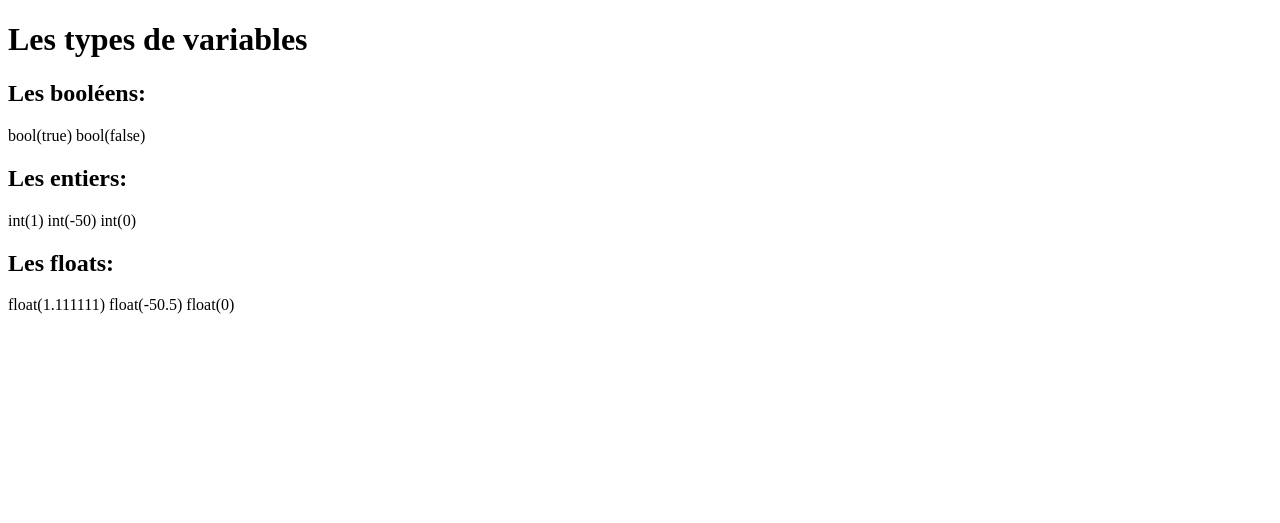
Repository: QuentinFayt/base-php-2021
Page: http://localhost/les variables.php
The author's editor kept a copy of each file at every save. The page is drawn from the files as they stood at one save, then again after the next save.
The browser window is 1280 px wide. The pictures show the whole page.
The page is run by PHP 8.4 with error messages shown; the project is at /var/www/html/.

Above is the page before, as saved 2021-07-05 16:30:56.

After the next save:
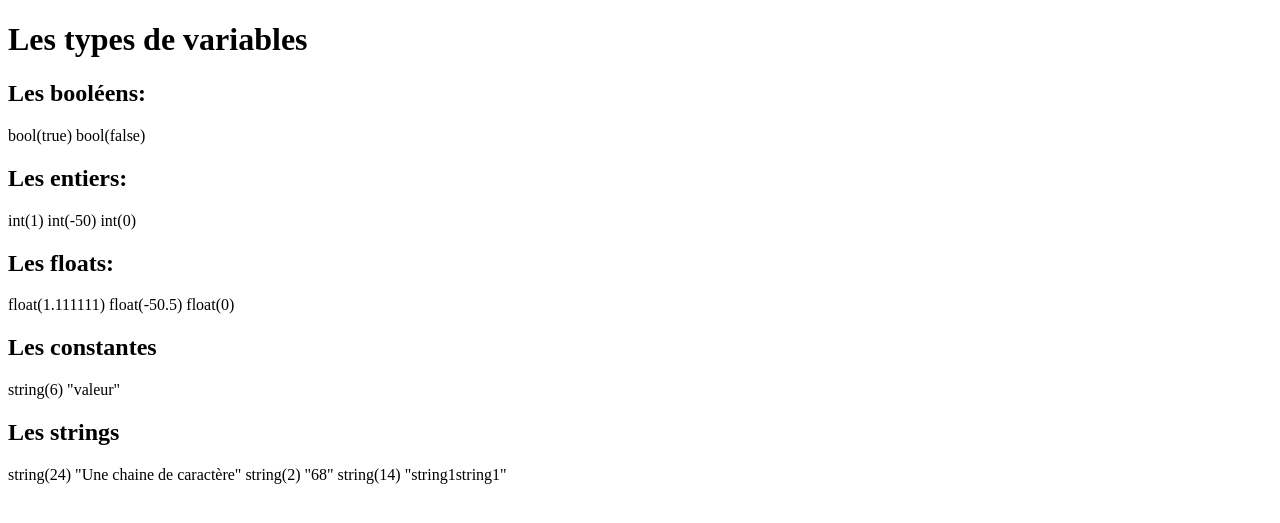
Saved 41 h 29 min later.
--- a/les variables.php
+++ b/les variables.php
@@ -17,8 +17,6 @@
     /*On pourrait utiliser print_r() pour afficher le contenu de ces deux variables, mais
     une variable false ne s'affichera pas (afficherait 1 pour true)*/
     var_dump($bin1,$bin2);
-
-
     ?>
     <h2>Les entiers:</h2>
     <?php
@@ -38,5 +36,21 @@
 
     var_dump($float1,$float2,$float3);
     ?>
+    <h2>Les constantes</h2>
+    <?php
+
+    define("MA_CONSTANTE", "valeur");
+
+    var_dump(MA_CONSTANTE);
+    ?>
+    <h2>Les strings</h2>
+    <?php
+
+    $string1="Une chaine de caractère";
+    $string2="68";
+    $string3=("string1".'string1');
+
+    var_dump($string1,$string2,$string3);
+    ?>
 </body>
 </html>
